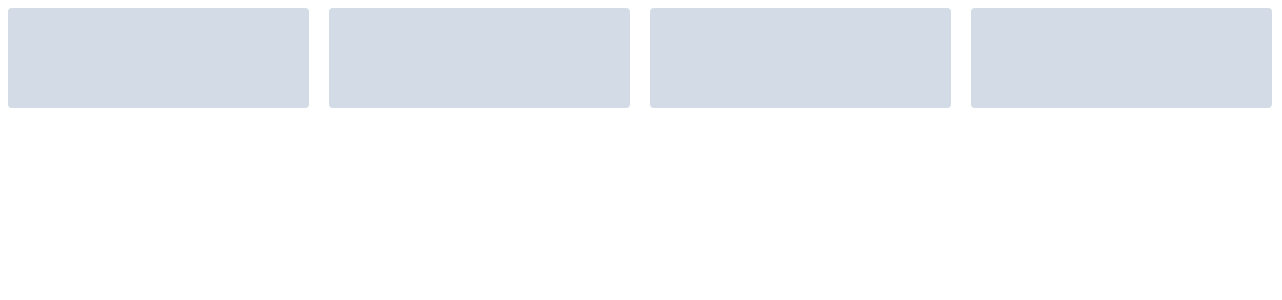
Repository: lagezhou888/element-vue2
Page: /#/button
These files come from the project's save history. The page is drawn as it stood at one moment and after the next save; the edit follows.
The browser window is 1280 px wide. The page is 1282 px wide, so the pictures cover 1282 px, including what lies to the right of the window. The pictures show the whole page.
The project was rebuilt for these pictures with package versions that can differ from the ones it lists, and the page was loaded fresh each time. Also part of the build but not shown: src/components/HelloWorld.vue, src/views/Home.vue.

Above is the page before, as saved 2021-05-13 10:49:12.

### src/main.js
import Vue from 'vue'
import ElementUI from 'element-ui'
import 'element-ui/lib/theme-chalk/index.css'
import App from './App.vue'

// fade/zoom 等
import 'element-ui/lib/theme-chalk/base.css'
// collapse 展开折叠
import CollapseTransition from 'element-ui/lib/transitions/collapse-transition'

import router from './router'
import store from './store'
import '@/plugins/element.js'

Vue.component(CollapseTransition.name, CollapseTransition)
Vue.use(ElementUI, { size: 'small', zIndex: 3000 })
Vue.use(ElementUI)
Vue.config.productionTip = false

new Vue({
  router,
  store,
  render: h => h(App)
}).$mount('#app')

### src/App.vue
<template>
  <div id="app">
    <!-- <div id="nav">
      <router-link to="/">Home</router-link> |
      <router-link to="/about">About</router-link>
    </div> -->
    <router-view/>
  </div>
</template>

<style lang="less">
#app {
  font-family: Avenir, Helvetica, Arial, sans-serif;
  -webkit-font-smoothing: antialiased;
  -moz-osx-font-smoothing: grayscale;
  text-align: center;
  color: #2c3e50;
}

#nav {
  padding: 30px;

  a {
    font-weight: bold;
    color: #2c3e50;

    &.router-link-exact-active {
      color: #42b983;
    }
  }
}
</style>

### src/router/index.js
import Vue from 'vue'
import VueRouter from 'vue-router'
import Home from '../views/Home.vue'

Vue.use(VueRouter)

const routes = [
  {
    path: '/',
    name: 'Home',
    component: Home
  },
  {
    path: '/about',
    name: 'About',
    // route level code-splitting
    // this generates a separate chunk (about.[hash].js) for this route
    // which is lazy-loaded when the route is visited.
    component: () => import(/* webpackChunkName: "about" */ '../views/About.vue')
  },
  {
    path: '/button',
    name: 'button',
    component: () => import('../views/components/use-button.vue')
  }
]

const router = new VueRouter({
  routes
})

export default router

### src/plugins/element.js
import Vue from 'vue'
import {
  Pagination,
  Dialog,
  Autocomplete,
  Dropdown,
  DropdownMenu,
  DropdownItem,
  Menu,
  Submenu,
  MenuItem,
  MenuItemGroup,
  Input,
  InputNumber,
  Radio,
  RadioGroup,
  RadioButton,
  Checkbox,
  CheckboxButton,
  CheckboxGroup,
  Switch,
  Select,
  Option,
  OptionGroup,
  Button,
  ButtonGroup,
  Table,
  TableColumn,
  DatePicker,
  TimeSelect,
  TimePicker,
  Popover,
  Tooltip,
  Breadcrumb,
  BreadcrumbItem,
  Form,
  FormItem,
  Tabs,
  TabPane,
  Tag,
  Tree,
  Alert,
  Slider,
  Icon,
  Row,
  Col,
  Upload,
  Progress,
  Spinner,
  Badge,
  Card,
  Rate,
  Steps,
  Step,
  Carousel,
  CarouselItem,
  Collapse,
  CollapseItem,
  Cascader,
  ColorPicker,
  Transfer,
  Container,
  Header,
  Aside,
  Main,
  Footer,
  Timeline,
  TimelineItem,
  Link,
  Divider,
  Image,
  Calendar,
  Backtop,
  PageHeader,
  CascaderPanel,
  Loading,
  MessageBox,
  Message,
  Notification
} from 'element-ui'

Vue.use(Pagination)
Vue.use(Dialog)
Vue.use(Autocomplete)
Vue.use(Dropdown)
Vue.use(DropdownMenu)
Vue.use(DropdownItem)
Vue.use(Menu)
Vue.use(Submenu)
Vue.use(MenuItem)
Vue.use(MenuItemGroup)
Vue.use(Input)
Vue.use(InputNumber)
Vue.use(Radio)
Vue.use(RadioGroup)
Vue.use(RadioButton)
Vue.use(Checkbox)
Vue.use(CheckboxButton)
Vue.use(CheckboxGroup)
Vue.use(Switch)
Vue.use(Select)
Vue.use(Option)
Vue.use(OptionGroup)
Vue.use(Button)
Vue.use(ButtonGroup)
Vue.use(Table)
Vue.use(TableColumn)
Vue.use(DatePicker)
Vue.use(TimeSelect)
Vue.use(TimePicker)
Vue.use(Popover)
Vue.use(Tooltip)
Vue.use(Breadcrumb)
Vue.use(BreadcrumbItem)
Vue.use(Form)
Vue.use(FormItem)
Vue.use(Tabs)
Vue.use(TabPane)
Vue.use(Tag)
Vue.use(Tree)
Vue.use(Alert)
Vue.use(Slider)
Vue.use(Icon)
Vue.use(Row)
Vue.use(Col)
Vue.use(Upload)
Vue.use(Progress)
Vue.use(Spinner)
Vue.use(Badge)
Vue.use(Card)
Vue.use(Rate)
Vue.use(Steps)
Vue.use(Step)
Vue.use(Carousel)
Vue.use(CarouselItem)
Vue.use(Collapse)
Vue.use(CollapseItem)
Vue.use(Cascader)
Vue.use(ColorPicker)
Vue.use(Transfer)
Vue.use(Container)
Vue.use(Header)
Vue.use(Aside)
Vue.use(Main)
Vue.use(Footer)
Vue.use(Timeline)
Vue.use(TimelineItem)
Vue.use(Link)
Vue.use(Divider)
Vue.use(Image)
Vue.use(Calendar)
Vue.use(Backtop)
Vue.use(PageHeader)
Vue.use(CascaderPanel)

Vue.use(Loading.directive)

Vue.prototype.$loading = Loading.service
Vue.prototype.$msgbox = MessageBox
Vue.prototype.$alert = MessageBox.alert
Vue.prototype.$confirm = MessageBox.confirm
Vue.prototype.$prompt = MessageBox.prompt
Vue.prototype.$notify = Notification
Vue.prototype.$message = Message

### src/views/components/use-button.vue
<template>
  <div>
    <el-row :gutter="20">
      <el-col :span="6"><div class="grid-content bg-purple"></div></el-col>
      <el-col :span="6"><div class="grid-content bg-purple"></div></el-col>
      <el-col :span="6"><div class="grid-content bg-purple"></div></el-col>
      <el-col :span="6"><div class="grid-content bg-purple"></div></el-col>
    </el-row>
  </div>
</template>

<script>
export default ({

})
</script>

<style lang="less" scoped>
  @minH: 100px;
  .bg-purple {
    background: #d3dce6;
  }
  .grid-content {
    border-radius: 4px;
    height: @minH;
    &:nth-child(4)  {
      height: 20px;
    }
  }
</style>

Loaded but not shown: public/index.html (common file); src/store/index.js (common file)

After the next save:
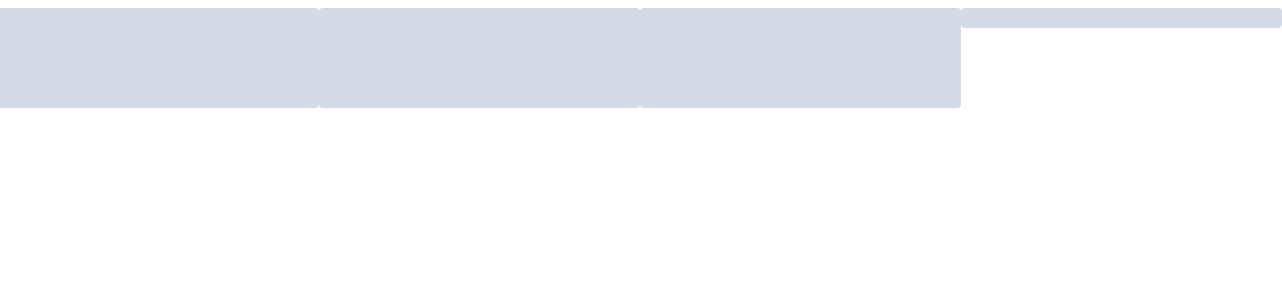
Saved 85 s later.
--- a/src/views/components/use-button.vue
+++ b/src/views/components/use-button.vue
@@ -1,10 +1,10 @@
 <template>
   <div>
     <el-row :gutter="20">
-      <el-col :span="6"><div class="grid-content bg-purple"></div></el-col>
-      <el-col :span="6"><div class="grid-content bg-purple"></div></el-col>
-      <el-col :span="6"><div class="grid-content bg-purple"></div></el-col>
-      <el-col :span="6"><div class="grid-content bg-purple"></div></el-col>
+      <el-col :span="6" class="grid-content bg-purple"></el-col>
+      <el-col :span="6" class="grid-content bg-purple"></el-col>
+      <el-col :span="6" class="grid-content bg-purple"></el-col>
+      <el-col :span="6" class="grid-content bg-purple"></el-col>
     </el-row>
   </div>
 </template>

After the 2 saves that followed:
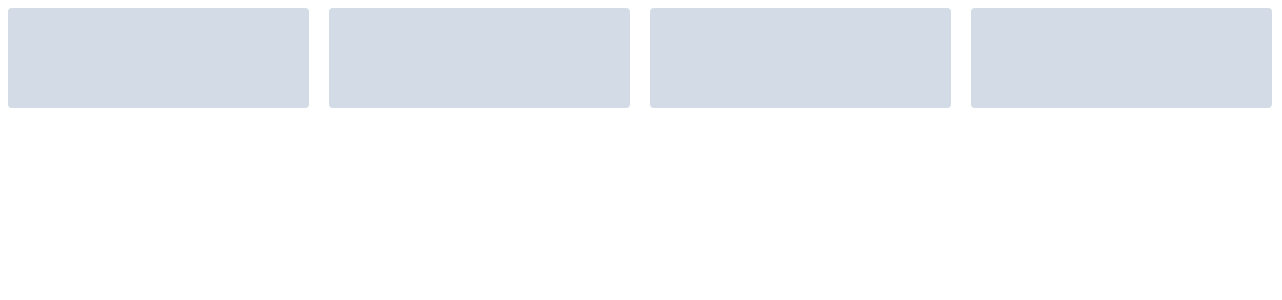
The 2 saves are shown as one change because 1 left the picture as it was.
The last was saved 82 s later.
--- a/src/views/components/use-button.vue
+++ b/src/views/components/use-button.vue
@@ -1,10 +1,10 @@
 <template>
   <div>
     <el-row :gutter="20">
-      <el-col :span="6" class="grid-content bg-purple"></el-col>
-      <el-col :span="6" class="grid-content bg-purple"></el-col>
-      <el-col :span="6" class="grid-content bg-purple"></el-col>
-      <el-col :span="6" class="grid-content bg-purple"></el-col>
+      <el-col :span="6"><div class="grid-content bg-purple"></div></el-col>
+      <el-col :span="6"><div class="grid-content bg-purple"></div></el-col>
+      <el-col :span="6"><div class="grid-content bg-purple"></div></el-col>
+      <el-col :span="6"><div class="grid-content bg-purple"></div></el-col>
     </el-row>
   </div>
 </template>
@@ -23,8 +23,5 @@
   .grid-content {
     border-radius: 4px;
     height: @minH;
-    &:nth-child(4)  {
-      height: 20px;
-    }
   }
 </style>
